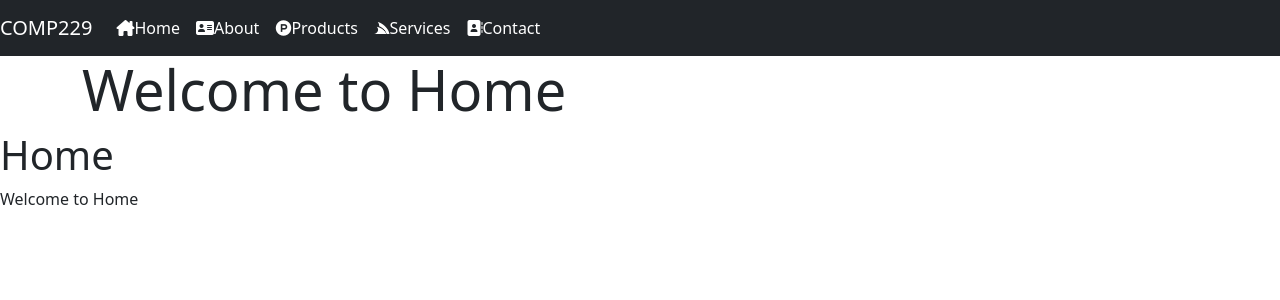
Repository: BlessingAjiboye/WEEK52023W
Page: http://localhost/
These files come from the project's save history. The page is drawn as it stood at one moment and after a run of saves; the edit follows.
The browser window is 1280 px wide. The pictures show the whole page.
The page is served by the project's Node server (server.js). Other server files are loaded and not shown.

Above is the page before, as saved 2023-01-26 11:32:51.

### views/index.ejs
<!DOCTYPE html>
<html lang="en">
<head>
  <meta charset="UTF-8">
  <meta http-equiv="X-UA-Compatible" content="IE=edge">
  <meta name="viewport" content="width=device-width, initial-scale=1.0">
  <title><%= title %></title>
  <!--css section-->
  <link rel="stylesheet" href="/bootstrap/dist/css/bootstrap.min.css"/>
  <link rel="stylesheet" href="/@fortawesome/fontawesome-free/css/all.min.css"/>

  <link rel='stylesheet' href='/Content/app.css' />
</head>
<body>
  <!--Main Nav Navigation-->
  <nav class="navbar navbar-expand-lg navbar-dark bg-dark">
  <!--<div class="container-fluid">-->
    <a class="navbar-brand" href="#">COMP229</a>
    <button class="navbar-toggler" type="button" data-toggle="collapse" data-target="#navbarSupportedContent" aria-controls="navbarSupportedContent" aria-expanded="false" aria-label="Toggle navigation">
      <span class="navbar-toggler-icon"></span>
    </button>
    <div class="collapse navbar-collapse" id="navbarSupportedContent">
      <ul class="navbar-nav ml-auto">
        <% if(title=="Home"){%>
        <li class="nav-item active">
          <%}else{%>
            <li class="nav-item">
              <%}%>
          <a class="nav-link active" aria-current="page" href="/home"><i class="fa-solid fa-house-chimney"></i>Home</a>
        </li>
        <% if(title=="Home"){%>
        <li class="nav-item active">
          <%}else{%>
            <li class="nav-item">
              <%}%>
          <a class="nav-link active" aria-current="page" href="/about"><i class="fa-solid fa-address-card"></i>About</a>
        </li>
        <% if(title=="Home"){%>
        <li class="nav-item active">
           <%}else{%>
            <li class="nav-item">
              <%}%>
          <a class="nav-link active" aria-current="page" href="/products"><i class="fa-brands fa-product-hunt"></i>Products</a>
        </li>
        <% if(title=="Home"){%>
        <li class="nav-item active">
          <%}else{%>
            <li class="nav-item">
              <%}%>
          <a class="nav-link active" aria-current="page" href="/services"><i class="fa-brands fa-servicestack"></i>Services</a>
        </li>
        <% if(title=="Home"){%>
        <li class="nav-item active">
           <%}else{%>
            <li class="nav-item">
              <%}%>
          <a class="nav-link active" aria-current="page" href="/contact"><i class="fa-solid fa-address-book"></i>Contact</a>
        </li>


    <!--</div>-->
  </div>
</nav>
<main class="container">
  <div class="jumbotron">
    <h1 class="display-4">Welcome to <%= title %></h1>
    </div>
  </main>
   <h1><%= title %></h1>
   <p>Welcome to <%= title %></p>
   <!--Script section-->
   <script src="/jquery/dist/jquery.min.js"></script>
   <script src="/bootstrap/dist/js/bootstrap.min.js"></script>
    <script src="/Scripts/app.js"></script>

</body>
</html>

### server.js
#!/usr/bin/env node

/**
 * Module dependencies.
 */

var app = require('./app');
var debug = require('debug')('week3:server');
var http = require('http');

/**
 * Get port from environment and store in Express.
 */

var port = normalizePort(process.env.PORT || '3000');
app.set('port', port);

/**
 * Create HTTP server.
 */

var server = http.createServer(app);

/**
 * Listen on provided port, on all network interfaces.
 */

server.listen(port);
server.on('error', onError);
server.on('listening', onListening);

/**
 * Normalize a port into a number, string, or false.
 */

function normalizePort(val) {
  var port = parseInt(val, 10);

  if (isNaN(port)) {
    // named pipe
    return val;
  }

  if (port >= 0) {
    // port number
    return port;
  }

  return false;
}

/**
 * Event listener for HTTP server "error" event.
 */

function onError(error) {
  if (error.syscall !== 'listen') {
    throw error;
  }

  var bind = typeof port === 'string'
    ? 'Pipe ' + port
    : 'Port ' + port;

  // handle specific listen errors with friendly messages
  switch (error.code) {
    case 'EACCES':
      console.error(bind + ' requires elevated privileges');
      process.exit(1);
      break;
    case 'EADDRINUSE':
      console.error(bind + ' is already in use');
      process.exit(1);
      break;
    default:
      throw error;
  }
}

/**
 * Event listener for HTTP server "listening" event.
 */

function onListening() {
  var addr = server.address();
  var bind = typeof addr === 'string'
    ? 'pipe ' + addr
    : 'port ' + addr.port;
  debug('Listening on ' + bind);
}

### routes/index.js
var express = require('express');
var router = express.Router();

/* GET home page. */
router.get('/', function(req, res, next) {
  res.render('index', { title: 'Home' });
});

router.get('/about', function(req, res, next) {
  res.render('index', { title: 'About' });
});
router.get('/products', function(req, res, next) {
  res.render('index', { title: 'Products' });
});
router.get('/contact', function(req, res, next) {
  res.render('index', { title: 'Contact' });
});
router.get('/services', function(req, res, next) {
  res.render('index', { title: 'Services' });
});

module.exports = router;

### app.js
let createError = require('http-errors');
let express = require('express');
let path = require('path');
let cookieParser = require('cookie-parser');
let logger = require('morgan');

let indexRouter = require('./routes/index');
let usersRouter = require('./routes/users');

let app = express();

// view engine setup
app.set('views', path.join(__dirname, 'views'));
app.set('view engine', 'ejs');

app.use(logger('dev'));
app.use(express.json());
app.use(express.urlencoded({ extended: false }));
app.use(cookieParser());
app.use(express.static(path.join(__dirname, 'public')));
app.use(express.static(path.join(__dirname, 'node_modules')));

app.use('/', indexRouter);
app.use('/users', usersRouter);

// catch 404 and forward to error handler
app.use(function(req, res, next) {
  next(createError(404));
});

// error handler
app.use(function(err, req, res, next) {
  // set locals, only providing error in development
  res.locals.message = err.message;
  res.locals.error = req.app.get('env') === 'development' ? err : {};

  // render the error page
  res.status(err.status || 500);
  res.render('error');
});

module.exports = app;

### public/Content/app.css

/*Custom css goes here*/

### public/Scripts/app.js
(function () {
    function start() {
        console.log("App Started...");
    }
    window.addEventListener("load", start);
})();

After the next 2 saves:
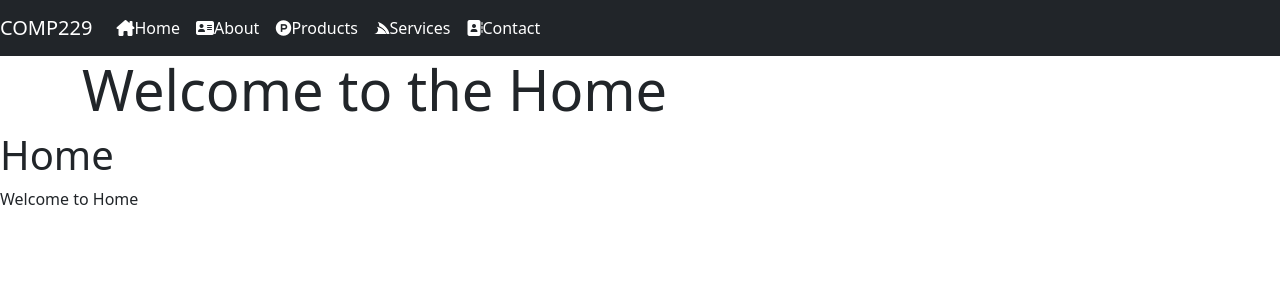
The 2 saves are shown as one change because they came seconds apart.
The last was saved 17 s later.
--- a/views/index.ejs
+++ b/views/index.ejs
@@ -63,7 +63,7 @@
 </nav>
 <main class="container">
   <div class="jumbotron">
-    <h1 class="display-4">Welcome to <%= title %></h1>
+    <h1 class="display-4">Welcome to the <%= title %></h1>
     </div>
   </main>
    <h1><%= title %></h1>
